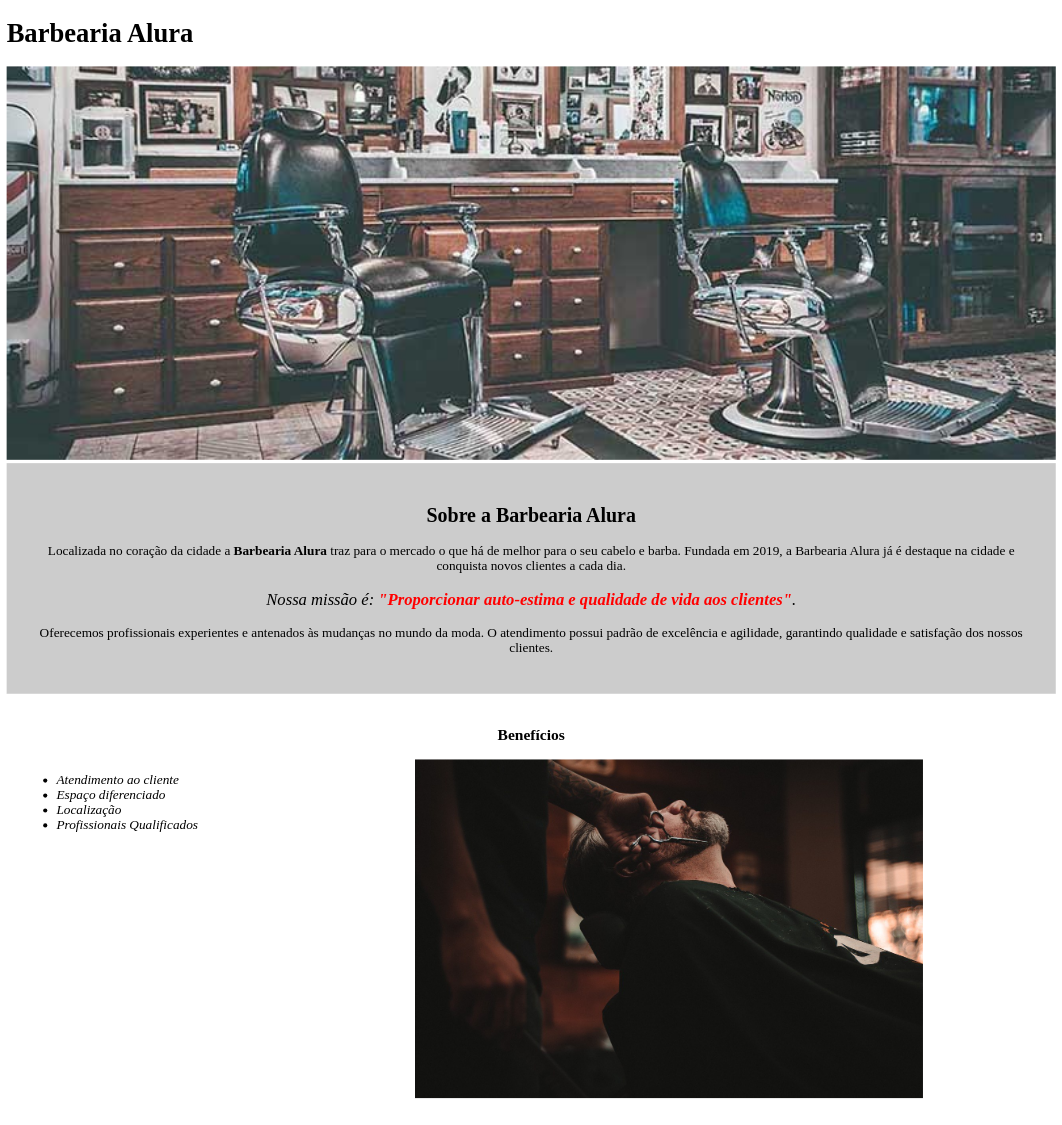
Repository: RenatoCCS/Barbearia_Alura
Page: index.html
The author's editor kept a copy of each file at every save. The page is drawn from the files as they stood at one save, then again after the next save.
The browser window is 1280 px wide. The pictures show the whole page, at 83% of full size.

Above is the page before, as saved 2022-10-17 21:43:42.

### index.html
<!DOCTYPE html>

<html lang="pt-br">
  <head>
    <meta charset="UTF-8" />
    <title>Barbearia Alura</title>
    <link rel="stylesheet" href="style.css" />
  </head>

  <body>
    <header>
      <h1 class="titulo-principal">Barbearia Alura</h1>
    </header>
    <img id="banner" src="banner.jpg" />
    <div class="principal">
      <h2 class="titulo-centralizado">Sobre a Barbearia Alura</h2>

      <p style="text-align: center">
        Localizada no coração da cidade a <strong>Barbearia Alura</strong> traz
        para o mercado o que há de melhor para o seu cabelo e barba. Fundada em
        2019, a Barbearia Alura já é destaque na cidade e conquista novos
        clientes a cada dia.
      </p>

      <p id="missao">
        <em>
          Nossa missão é:
          <strong
            >"Proporcionar auto-estima e qualidade de vida aos clientes"</strong
          >.
        </em>
      </p>

      <p style="text-align: center">
        Oferecemos profissionais experientes e antenados às mudanças no mundo da
        moda. O atendimento possui padrão de excelência e agilidade, garantindo
        qualidade e satisfação dos nossos clientes.
      </p>
    </div>

    <div class="beneficios">
      <h3 class="titulo-centralizado">Benefícios</h3>
      <ul>
        <li class="itens">Atendimento ao cliente</li>
        <li class="itens">Espaço diferenciado</li>
        <li class="itens">Localização</li>
        <li class="itens">Profissionais Qualificados</li>
      </ul>
      <img src="beneficios.jpg" class="imagembeneficios" />
    </div>
  </body>
</html>

### style.css
body {
}

#banner {
  width: 100%;
}

.principal {
  background: #cccccc;
  padding: 30px;
}

.titulo-principal {
  padding: ;
}

.titulo-centralizado {
  text-align: center;
}

p {
  text-align: center;
}

#missao {
  font-size: 20px;
}

em strong {
  color: #ff0000;
}

.itens {
  font-style: italic;
}

.beneficios {
  background: #ffffff;
  padding: 20px;
}

ul {
  display: inline-block;
  vertical-align: top;
  width: 20%;
  margin-right: 15%;
}

.imagembeneficios {
  width: 50%;
}

After the next save:
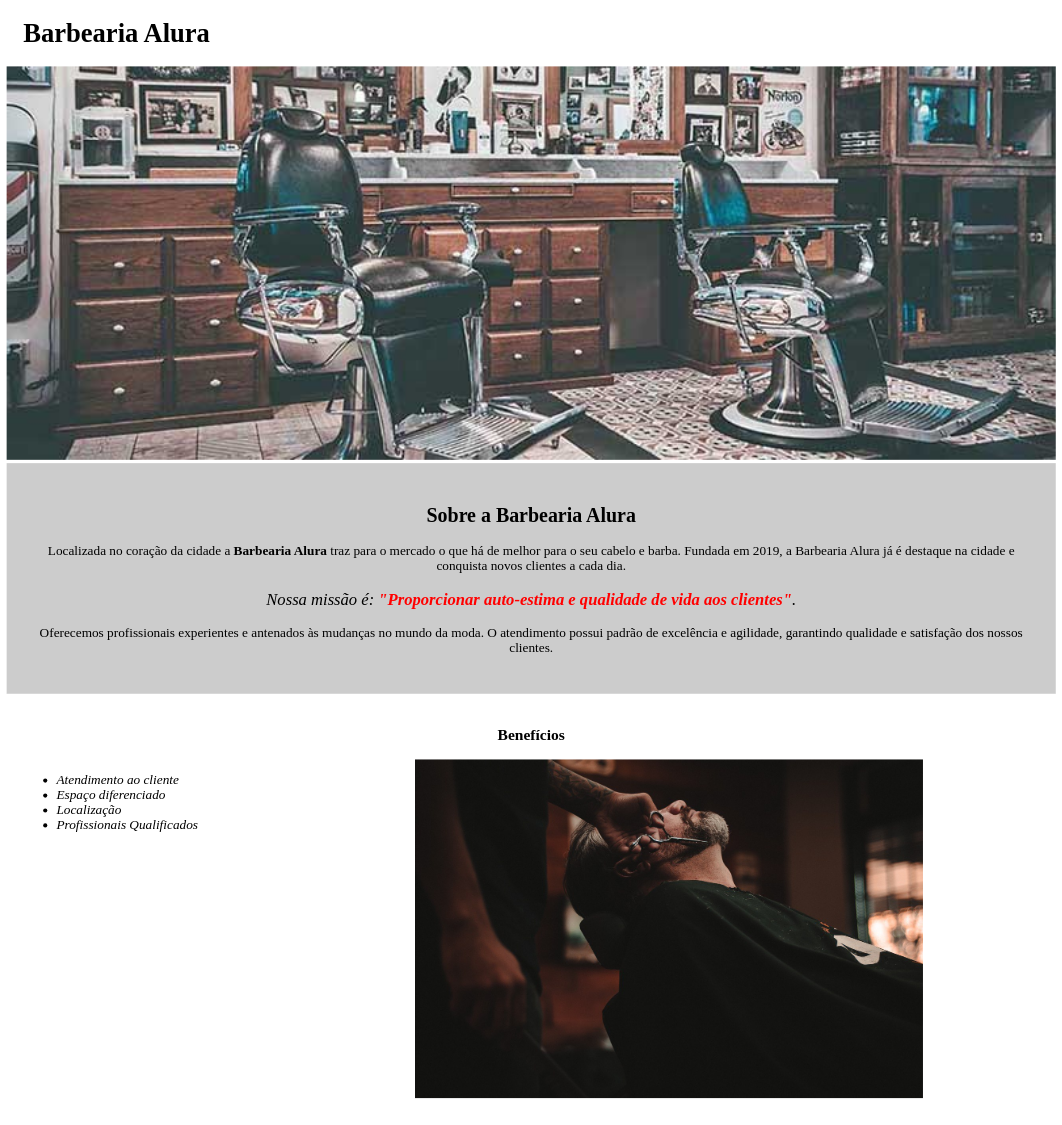
Saved 12 s later.
--- a/style.css
+++ b/style.css
@@ -11,7 +11,7 @@ body {
 }
 
 .titulo-principal {
-  padding: ;
+  padding-left: 20px;
 }
 
 .titulo-centralizado {
